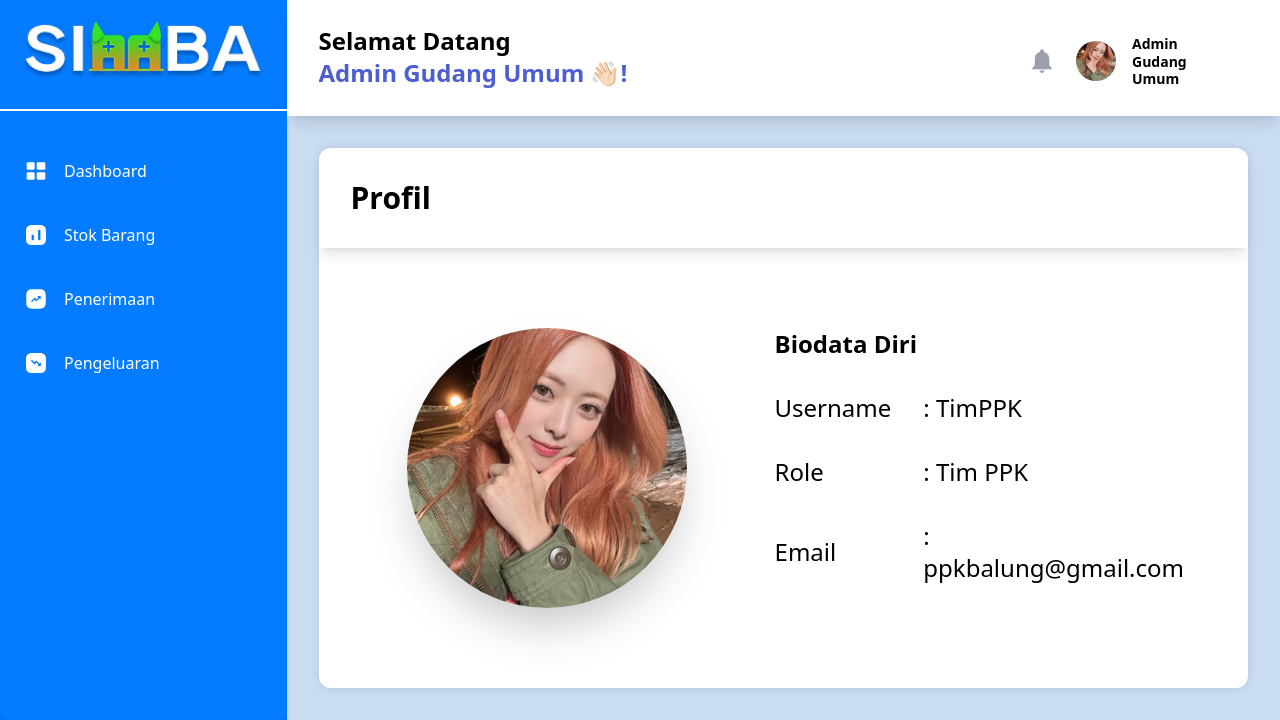
Repository: Gokerwow/inventory-fe
Page: /profil
The author's editor kept a copy of each file at every save. The page is drawn from the files as they stood at one save, then again after the next save.
The browser window is 1280 px wide. The pictures show the whole page.
The project was rebuilt for these pictures with package versions that can differ from the ones it lists, and the page was loaded fresh each time. Also part of the build but not shown: vite.config.ts, src/components/lineChart.tsx, src/pages/dashboard.tsx, src/pages/stokBarang.tsx, src/components/pagination.tsx, src/components/PenerimaanTable.tsx, src/components/RiwayatPenerimaanTable.tsx, src/pages/penerimaan.tsx and 8 more.

Above is the page before, as saved 2025-10-28 12:13:42.

After the next save:
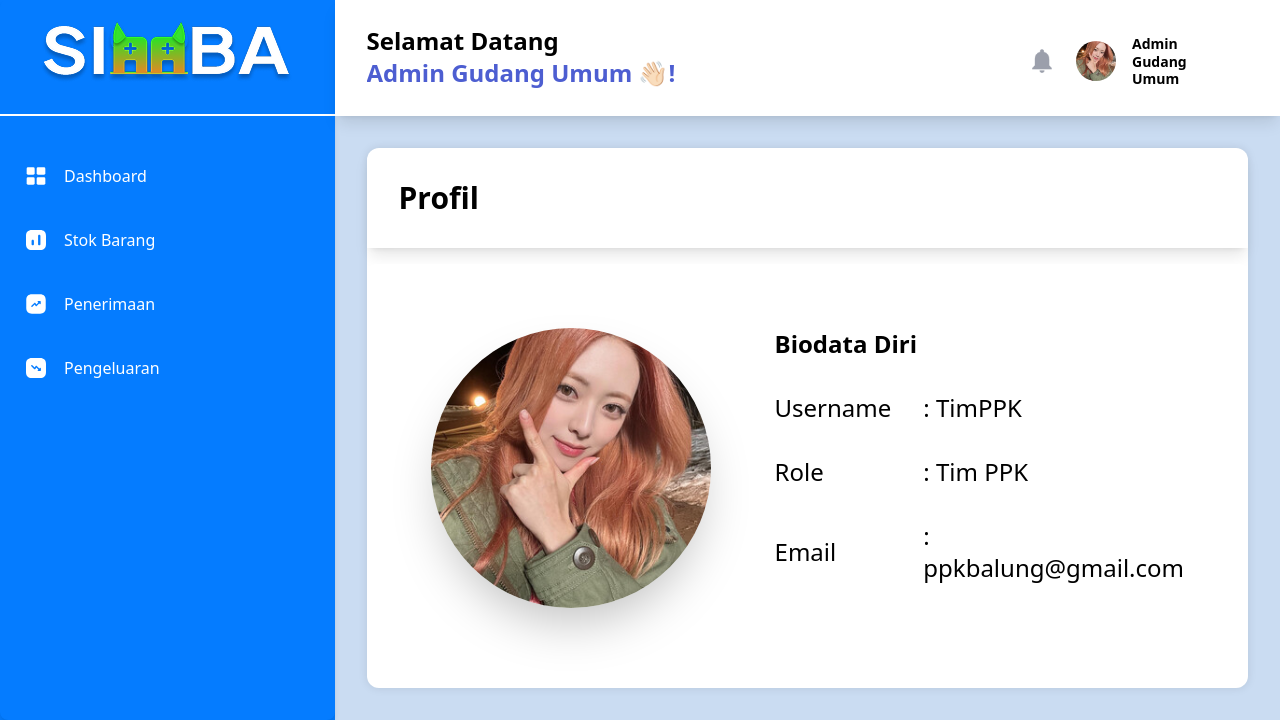
Saved 6 s later.
--- a/src/pages/profil.tsx
+++ b/src/pages/profil.tsx
@@ -6,7 +6,7 @@ function Profil() {
             <h1 className="text-3xl font-bold p-8 shadow-lg">Profil</h1>
             <div className="bg-white rounded-lg p-8">
                 <div className='flex'>
-                    <div className='p-8 px-14'>
+                    <div className='p-8 gap-8'>
                         <div className='bg-white rounded-full w-70 h-70 flex items-center justify-center overflow-hidden shadow-2xl'>
                             <img src={PfpExample} alt="Profile Picture" className='w-full' />
                         </div>
